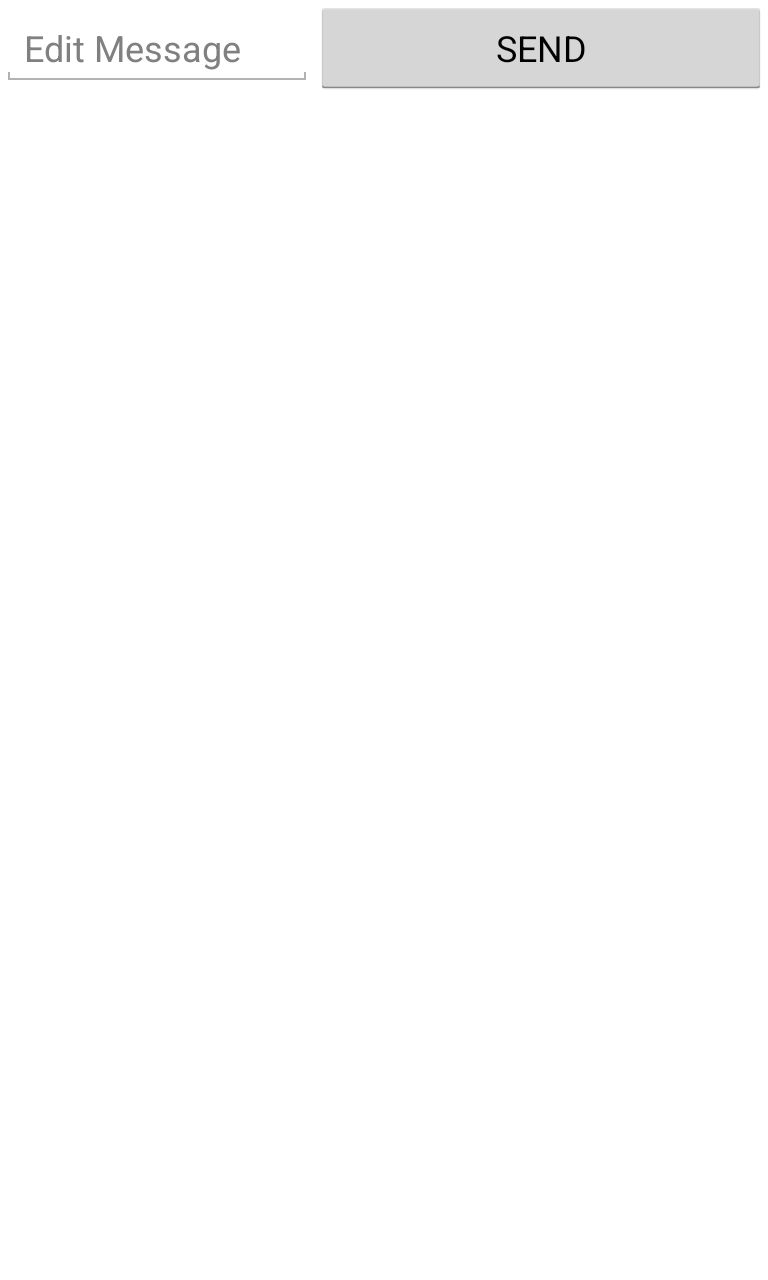
Repository: alokranjan04/ewireless5_practical
Layout: SecondProject/res/layout/activity_main.xml
An editor plug-in stored every save of this project. The layout is shown before and after the next save, followed by the edit.
It is drawn on a 768 x 1280 px phone screen (xhdpi) without system bars, with theme AppTheme; the app's code is not run.

Above is the layout before, as saved 2014-02-08 18:05:43.

### SecondProject/res/layout/activity_main.xml
<LinearLayout xmlns:android="http://schemas.android.com/apk/res/android"
    xmlns:tools="http://schemas.android.com/tools"
    android:layout_width="match_parent"
    android:layout_height="match_parent"
	android:orientation="horizontal" >

<!--     <TextView -->
<!--         android:layout_width="wrap_content" -->
<!--         android:layout_height="wrap_content" -->
<!--         android:text="@string/hello_world" /> -->

<EditText
        android:id="@+id/edit_message"
        android:layout_width="0dp"
        android:layout_height="wrap_content"
        android:layout_weight="1"
        android:hint="@string/edit_message" />

    <Button
        android:id="@+id/button1"
        android:layout_width="wrap_content"
        android:layout_height="wrap_content"
        android:layout_weight="1"
        android:text="@string/button_send"
        android:onClick="sendMessage"/>

</LinearLayout>

### SecondProject/res/values/strings.xml
<?xml version="1.0" encoding="utf-8"?>
<resources>

    <string name="app_name">SecondProject</string>
    <string name="action_settings">Settings</string>
    <string name="hello_world">Hello world!</string>
    <string name="edit_message">Edit Message</string>
    <string name="button_send">SEND</string>

</resources>

Loaded but not shown: SecondProject/res/values/styles.xml (common file); SecondProject/res/values-v11/styles.xml (common file); SecondProject/res/values-v14/styles.xml (common file)

After the next save:
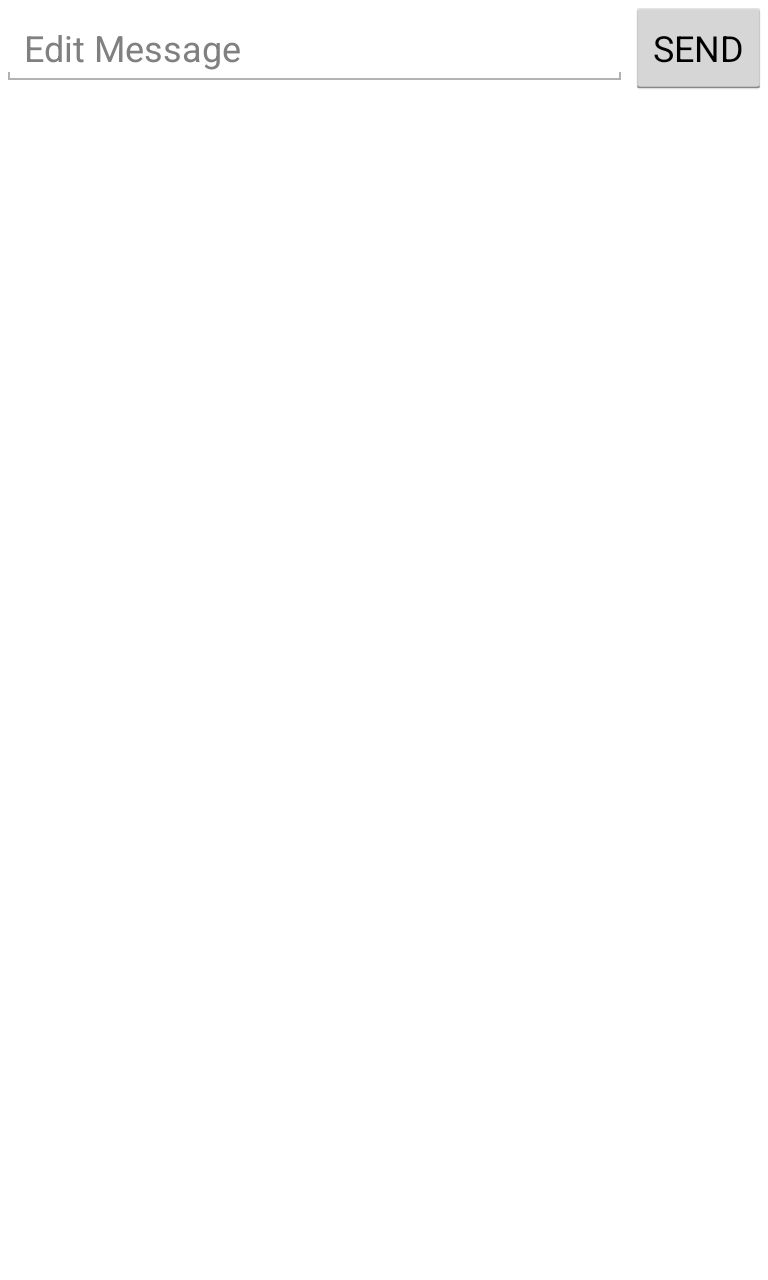
Saved 8 s later.
--- a/SecondProject/res/layout/activity_main.xml
+++ b/SecondProject/res/layout/activity_main.xml
@@ -20,7 +20,6 @@
         android:id="@+id/button1"
         android:layout_width="wrap_content"
         android:layout_height="wrap_content"
-        android:layout_weight="1"
         android:text="@string/button_send"
         android:onClick="sendMessage"/>
 
